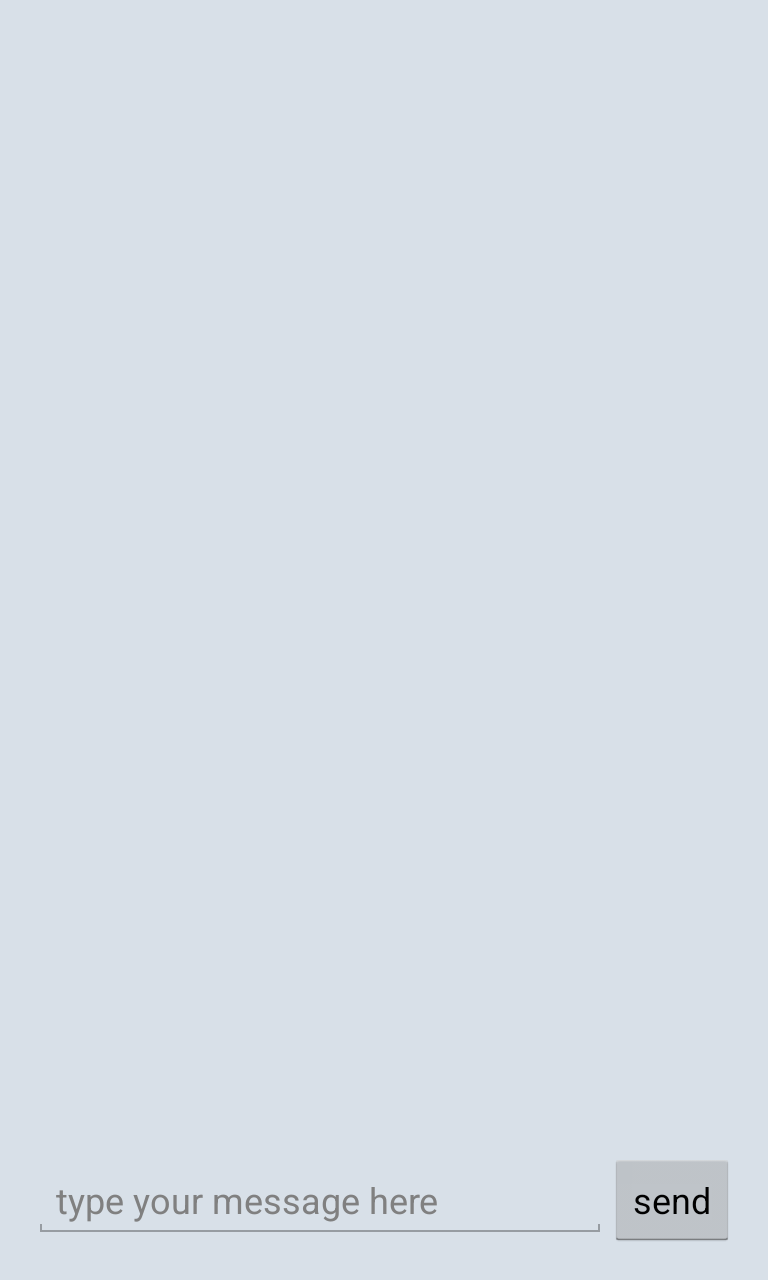
Repository: liujianpc/AndroidStudy
Layout: NinePatchTest/res/layout/activity_main.xml
An editor plug-in stored every save of this project. The layout is shown before and after the next save, followed by the edit.
It is drawn on a 768 x 1280 px phone screen (xhdpi) without system bars, with theme AppTheme; the app's code is not run. Lists and similar views that code fills are empty.

Above is the layout before, as saved 2016-07-26 07:08:42.

### NinePatchTest/res/layout/activity_main.xml
<LinearLayout xmlns:android="http://schemas.android.com/apk/res/android"
    xmlns:tools="http://schemas.android.com/tools"
    android:layout_width="match_parent"
    android:layout_height="match_parent"
    android:background="#d8e0e8"
    android:orientation="vertical"
    android:paddingBottom="@dimen/activity_vertical_margin"
    android:paddingLeft="@dimen/activity_horizontal_margin"
    android:paddingRight="@dimen/activity_horizontal_margin"
    android:paddingTop="@dimen/activity_vertical_margin"
    tools:context="com.example.ninepatchtest.MainActivity" >

    <ListView
        android:id="@+id/message_listView"
        android:layout_width="match_parent"
        android:layout_height="0dp"
        android:layout_weight="1"
        android:divider="#000" >
    </ListView>

    <LinearLayout
        android:layout_width="match_parent"
        android:layout_height="wrap_content" >

        <EditText
            android:id="@+id/message_edit"
            android:layout_width="0dp"
            android:layout_height="wrap_content"
            android:layout_weight="1"
            android:hint="type your message here"
            android:maxLines="2" />

        <Button
            android:id="@+id/send_button"
            android:layout_width="wrap_content"
            android:layout_height="wrap_content"
            android:text="send"
            android:textColor="#000" />
    </LinearLayout>

</LinearLayout>

Loaded but not shown: NinePatchTest/res/values/styles.xml (common file); NinePatchTest/res/values-v11/styles.xml (common file); NinePatchTest/res/values-v14/styles.xml (common file); NinePatchTest/res/values/dimens.xml (common file); NinePatchTest/res/values-w820dp/dimens.xml (common file)

After the next save:
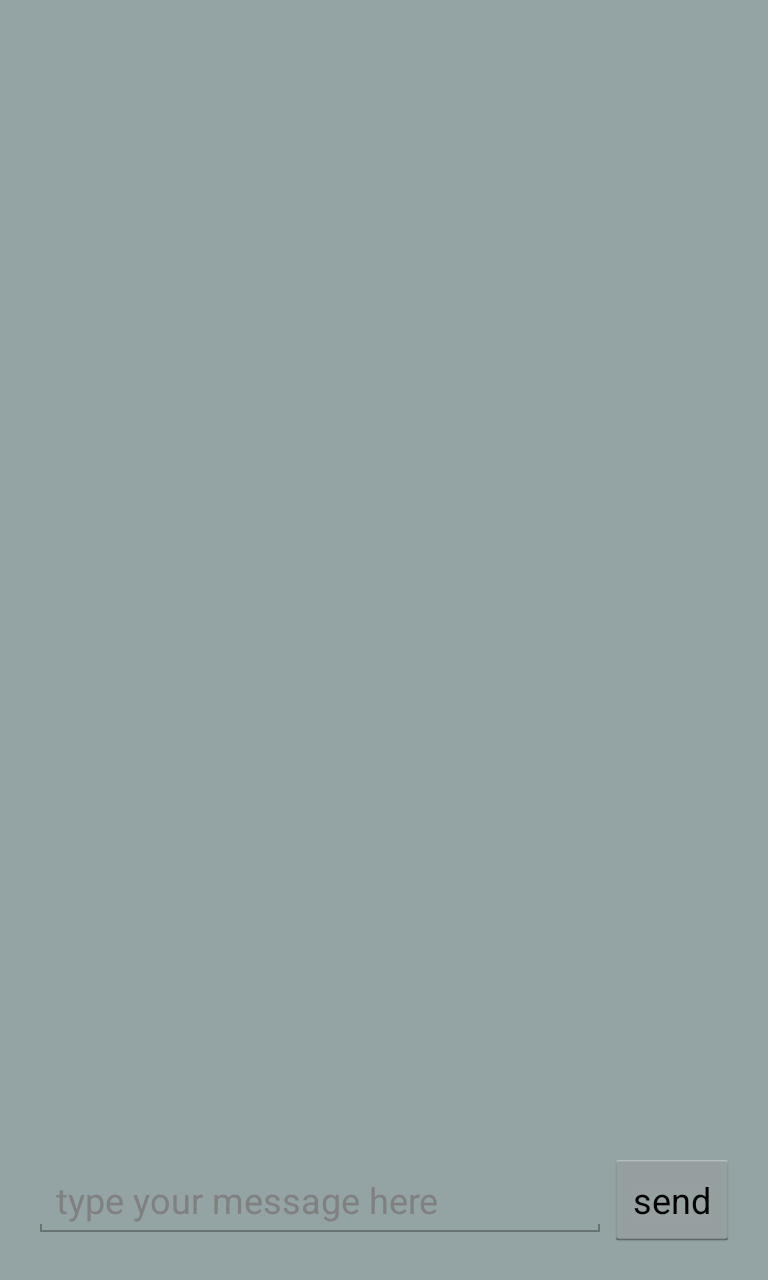
Saved 61 s later.
--- a/NinePatchTest/res/layout/activity_main.xml
+++ b/NinePatchTest/res/layout/activity_main.xml
@@ -2,7 +2,7 @@
     xmlns:tools="http://schemas.android.com/tools"
     android:layout_width="match_parent"
     android:layout_height="match_parent"
-    android:background="#d8e0e8"
+    android:background="#94a4a5"
     android:orientation="vertical"
     android:paddingBottom="@dimen/activity_vertical_margin"
     android:paddingLeft="@dimen/activity_horizontal_margin"
